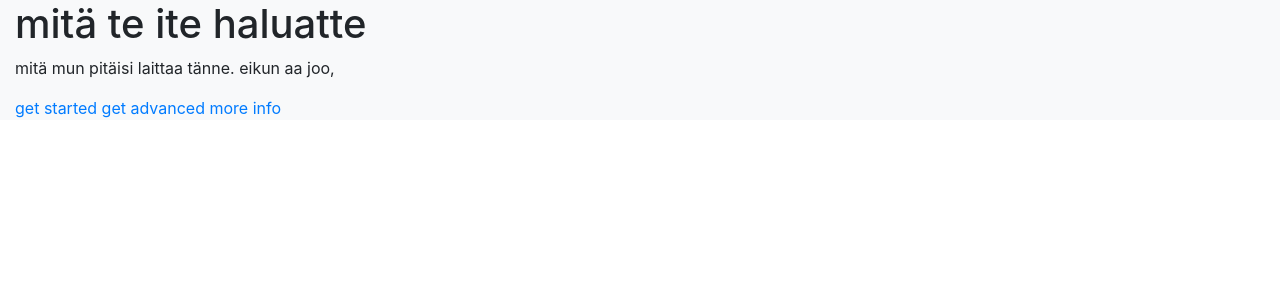
Repository: jessehapuli/jessehapuli.github.io
Page: Bootstrap/index.html
The author's editor kept a copy of each file at every save. The page is drawn from the files as they stood at one save, then again after the next save.
The browser window is 1280 px wide. The pictures show the whole page.

Above is the page before, as saved 2024-04-24 10:03:33.

### Bootstrap/index.html
<!doctype html>
<html lang="en">
  <head>
    <!-- Required meta tags -->
    <meta charset="utf-8">
    <meta name="viewport" content="width=device-width, initial-scale=1, shrink-to-fit=no">

    <!-- Bootstrap CSS -->
    <link rel="stylesheet" href="https://cdn.jsdelivr.net/npm/bootstrap@4.6.2/dist/css/bootstrap.min.css" integrity="sha384-xOolHFLEh07PJGoPkLv1IbcEPTNtaed2xpHsD9ESMhqIYd0nLMwNLD69Npy4HI+N" crossorigin="anonymous">

    <title>Hello, world!</title>
  </head>
  <body>

    <section class="container-fluid bg-light">
      <h1>mitä te ite haluatte</h1>
      <p>mitä mun pitäisi laittaa tänne. eikun aa joo, </p>
      <a href="">get started</a>
      <a href="">get advanced</a>
      <a href="">more info</a>
    </section>

    <!-- Optional JavaScript; choose one of the two! -->

    <!-- Option 1: jQuery and Bootstrap Bundle (includes Popper) -->
    <script src="https://cdn.jsdelivr.net/npm/jquery@3.5.1/dist/jquery.slim.min.js" integrity="sha384-DfXdz2htPH0lsSSs5nCTpuj/zy4C+OGpamoFVy38MVBnE+IbbVYUew+OrCXaRkfj" crossorigin="anonymous"></script>
    <script src="https://cdn.jsdelivr.net/npm/bootstrap@4.6.2/dist/js/bootstrap.bundle.min.js" integrity="sha384-Fy6S3B9q64WdZWQUiU+q4/2Lc9npb8tCaSX9FK7E8HnRr0Jz8D6OP9dO5Vg3Q9ct" crossorigin="anonymous"></script>

    <!-- Option 2: Separate Popper and Bootstrap JS -->
    <!--
    <script src="https://cdn.jsdelivr.net/npm/jquery@3.5.1/dist/jquery.slim.min.js" integrity="sha384-DfXdz2htPH0lsSSs5nCTpuj/zy4C+OGpamoFVy38MVBnE+IbbVYUew+OrCXaRkfj" crossorigin="anonymous"></script>
    <script src="https://cdn.jsdelivr.net/npm/popper.js@1.16.1/dist/umd/popper.min.js" integrity="sha384-9/reFTGAW83EW2RDu2S0VKaIzap3H66lZH81PoYlFhbGU+6BZp6G7niu735Sk7lN" crossorigin="anonymous"></script>
    <script src="https://cdn.jsdelivr.net/npm/bootstrap@4.6.2/dist/js/bootstrap.min.js" integrity="sha384-+sLIOodYLS7CIrQpBjl+C7nPvqq+FbNUBDunl/OZv93DB7Ln/533i8e/mZXLi/P+" crossorigin="anonymous"></script>
    -->
  </body>
</html>

After the next save:
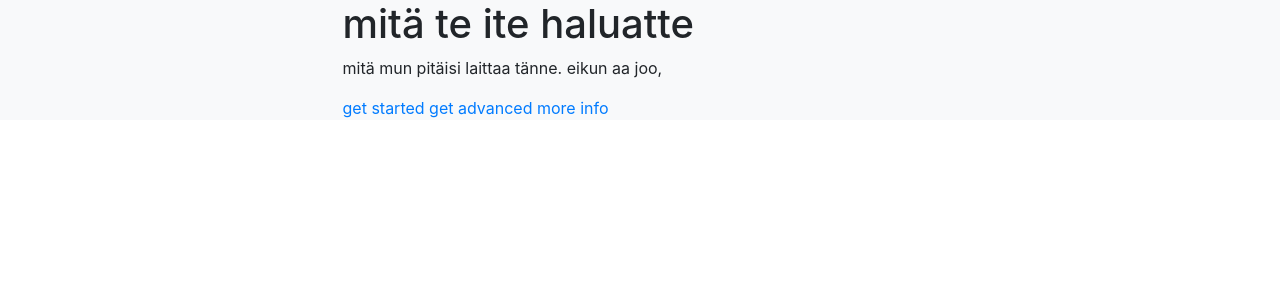
Saved 5 min 40 s later.
--- a/Bootstrap/index.html
+++ b/Bootstrap/index.html
@@ -13,11 +13,15 @@
   <body>
 
     <section class="container-fluid bg-light">
-      <h1>mitä te ite haluatte</h1>
-      <p>mitä mun pitäisi laittaa tänne. eikun aa joo, </p>
-      <a href="">get started</a>
-      <a href="">get advanced</a>
-      <a href="">more info</a>
+      <div class="rov">
+        <div class="offset-md-3 col-md-6">
+          <h1>mitä te ite haluatte</h1>
+          <p>mitä mun pitäisi laittaa tänne. eikun aa joo, </p>
+          <a href="">get started</a>
+          <a href="">get advanced</a>
+          <a href="">more info</a>
+        </div>
+      </div>
     </section>
 
     <!-- Optional JavaScript; choose one of the two! -->
